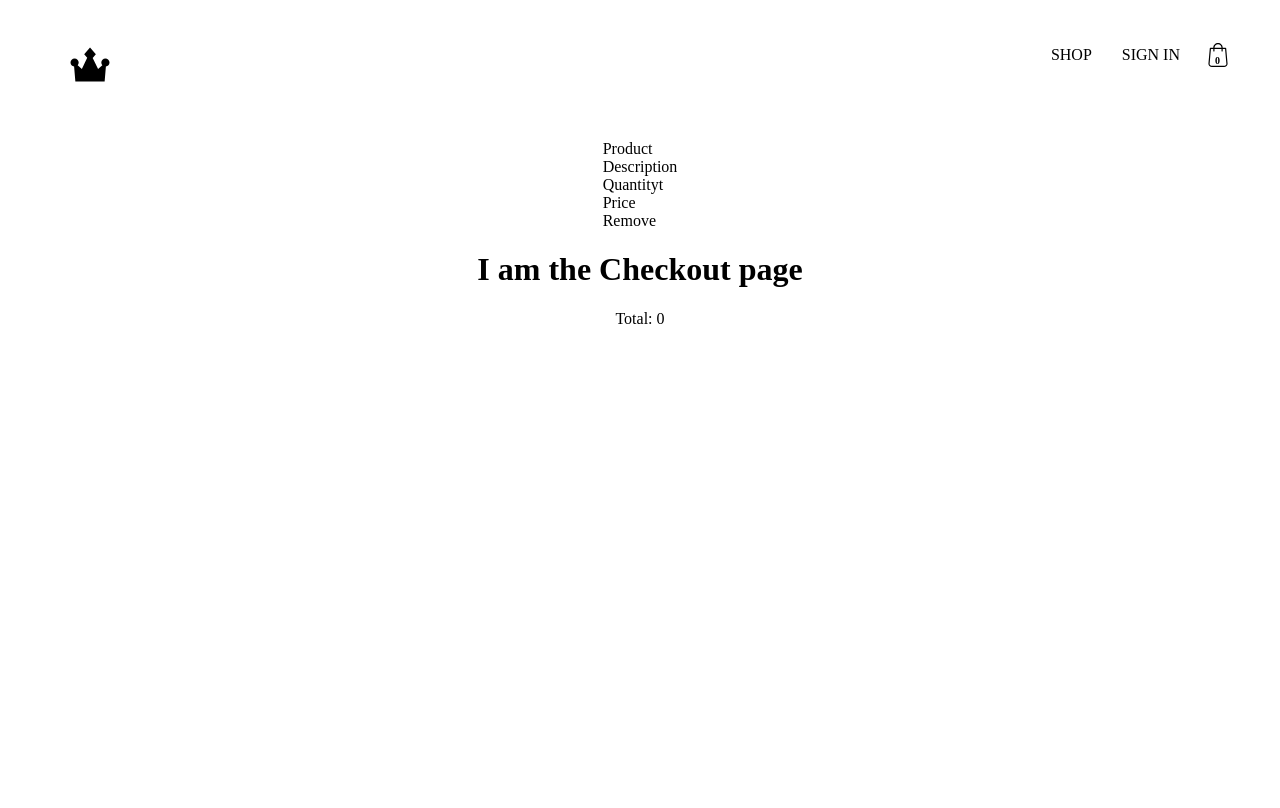
Repository: Chadi2000/crwn-clothing
Page: /checkout
The author's editor kept a copy of each file at every save. The page is drawn from the files as they stood at one save, then again after the next save.
The browser window is 1280 px wide. The pictures show the whole page.
The project was rebuilt for these pictures with package versions that can differ from the ones it lists, and the page was loaded fresh each time. Also part of the build but not shown: src/categories.styles.scss, src/components/category-item/category-item.styles.scss, src/components/category-item/category-item.component.jsx, src/components/directory/directory.styles.scss, src/components/directory/directory.component.js, src/routes/home/home.component.jsx, src/components/button/button.styles.scss, src/components/button/button.component.jsx and 16 more.

Above is the page before, as saved 2024-02-18 21:01:33.

After the next save:
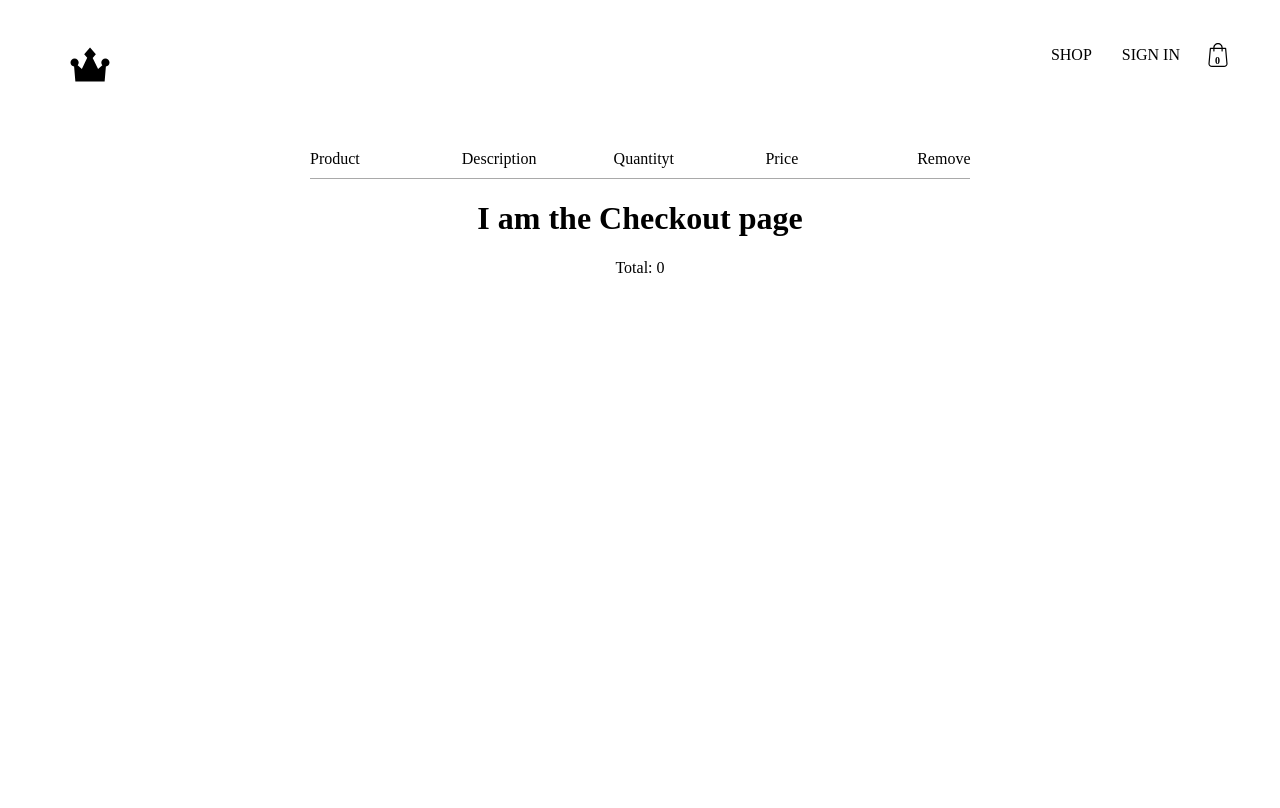
Saved 1 s later.
--- a/src/routes/checkout/checkout.styles.scss
+++ b/src/routes/checkout/checkout.styles.scss
@@ -5,4 +5,25 @@
     flex-direction: column;
     align-items: center;
     margin: 50px auto 0;
+
+    .checkout-header{
+        width: 100%;
+        padding: 10px 0;
+        display: flex;
+        justify-content: space-between;
+        border-bottom: 1px solid darkgray;
+
+        .header-block{
+            text-transform: capitalize;
+            width: 23%;
+            &:last-child{
+                width: 8%;
+            }
+        }
+    }
+    .total{
+        margin-top: 30px;
+        margin-left: auto;
+        font-size: 36px;
+    }
 }
